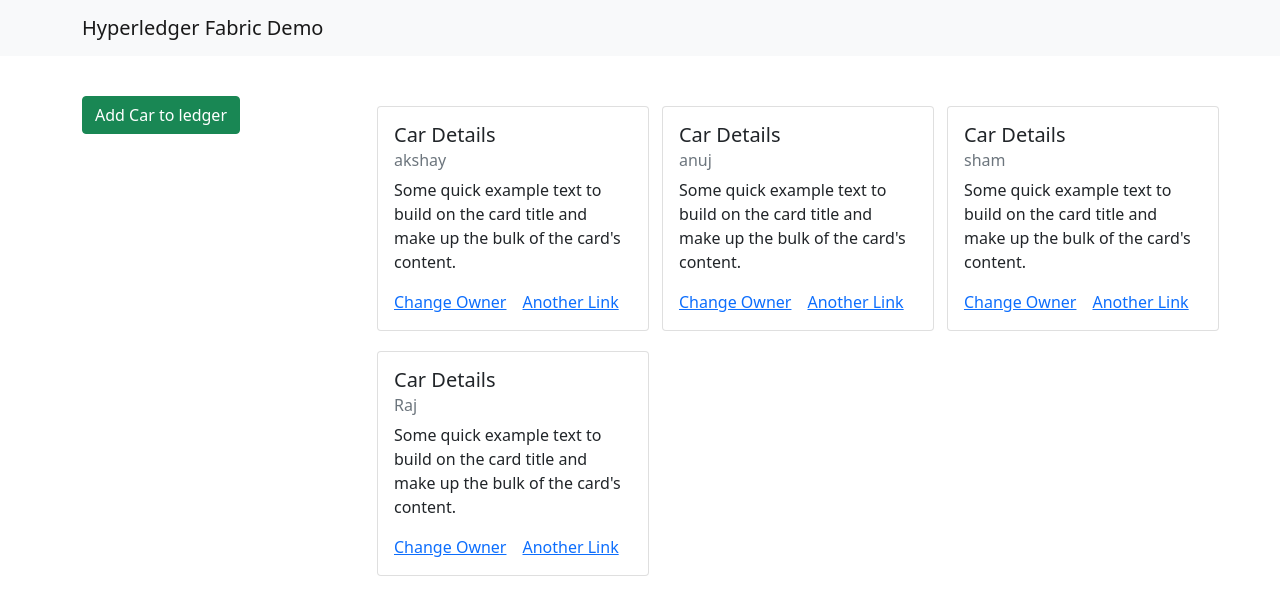
Repository: akshaykurhekar/hyperledger-asset-monetization-dapp
Page: / (app in fabcarWeb/new-ui/)
An editor plug-in stored every save of this project. The page is shown before and after the next save, followed by the edit.
The browser window is 1280 px wide. The pictures show the whole page.
The page's requests for data from a server got no answer. The project was rebuilt for these pictures with package versions that can differ from the ones it lists, and the page was loaded fresh each time. No one was signed in, and anything a server would have sent is missing.

Above is the page before, as saved 2022-03-31 17:02:13.

After the next save:
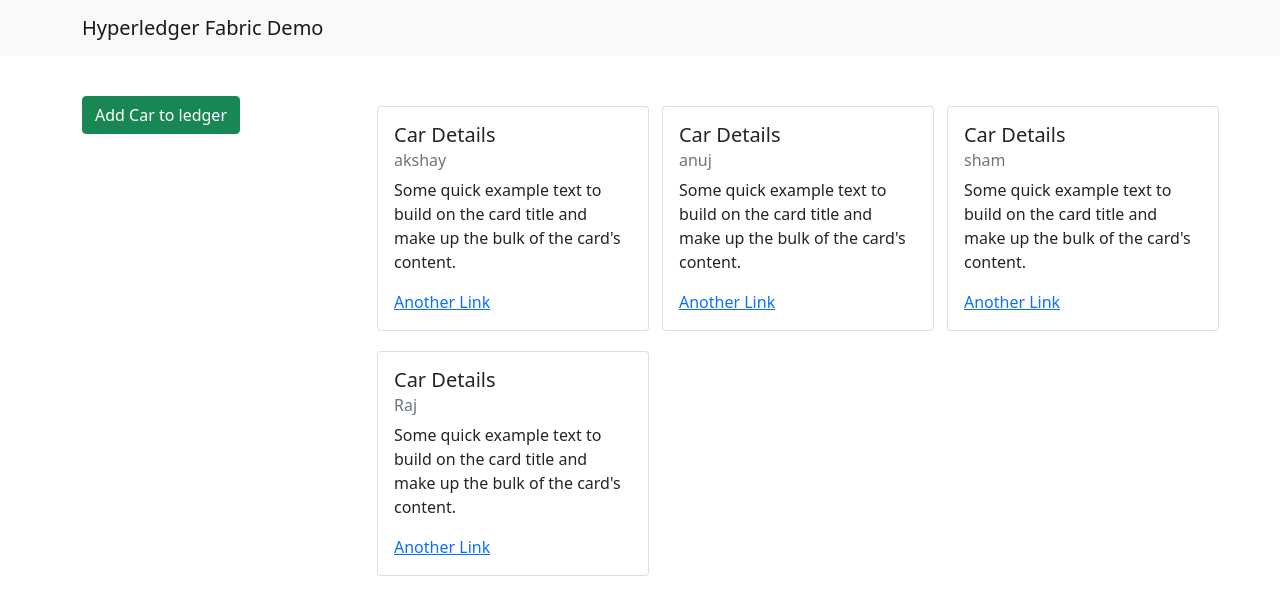
Saved 10 s later.
--- a/fabcarWeb/new-ui/src/components/card.js
+++ b/fabcarWeb/new-ui/src/components/card.js
@@ -11,7 +11,7 @@
                 Some quick example text to build on the card title and make up the bulk of
                 the card's content.
                 </Card.Text>
-                <Card.Link href="#">Change Owner</Card.Link>
+
                 <Card.Link href="#">Another Link</Card.Link>
             </Card.Body>
         </Card>
